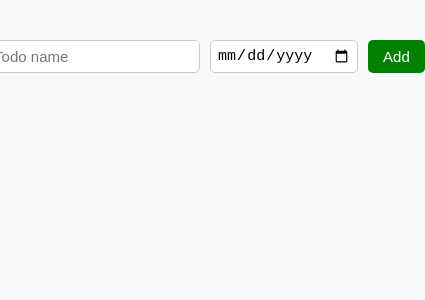
Repository: hawamubarakk/To-Do-list-
Page: 11-to-do-list.html
These files come from the project's save history. The page is drawn as it stood at one moment and after the next save; the edit follows.
The browser window is 375 px wide. The page is 425 px wide, then 375 px, so the pictures cover 425 px, including what lies to the right of the window. The pictures show the whole page.

Above is the page before, as saved 2025-08-17 15:26:47.

### 11-to-do-list.html
<!DOCTYPE html>
<html lang="en">
<head>
  <meta charset="UTF-8">
  <meta name="viewport" content="width=device-width, initial-scale=1.0">
  <title>To-Do List App</title>
  <link rel="stylesheet" href="11-to-do-list.css">
</head>
<body>
  <h1>To-Do List</h1>

  <!-- Input Section -->
  <div class="todo-input-grid">
    <input type="text" placeholder="Todo name" class="js-name-input name-input">
    <input type="date" class="js-due-date-input due-date-input">
    <button onclick="addTodo()" class="add-todo-button">Add</button>
  </div>

  <!-- Todo List Section -->
  <div class="todo-grid js-todo-list"></div>

  <script src="11-to-do-list.js"></script>
</body>
</html>

### 11-to-do-list.css
body {
  font-family: Arial, sans-serif;
  background: #f8f9fa;
  margin: 40px;
  justify-content: center;
  align-items: flex-start;
  display: flex;
}

h1 {
  text-align: center;
  margin-bottom: 20px;
  color: #333;
}

.todo-grid,
.todo-input-grid {
  display: grid;
  grid-template-columns: 1fr 1fr auto;
  gap: 10px;
}


.name-input,
.due-date-input {
  font-size: 15px;
  padding: 6px;
  border: 1px solid #ccc;
  border-radius: 5px;
}

.add-todo-button {
  background-color: green;
  color: white;
  border: none;
  font-size: 15px;
  cursor: pointer;
  border-radius: 5px;
  padding: 8px 15px;
}

.add-todo-button:hover {
  background-color: darkgreen;
}

.delete-todo-button {
  background-color: darkred;
  color: white;
  border: none;
  font-size: 15px;
  cursor: pointer;
  border-radius: 5px;
  padding: 8px 15px;
}

.delete-todo-button:hover {
  background-color: crimson;
}

.todo-row {
  display: contents;
}

.completed {
  text-decoration: line-through;
  color: gray;
}

.todo-container {
  background: white;
  padding: 20px;
  border-radius: 10px;
  box-shadow: 0 4px 8px rgba(0,0,0,0.1);
  width: 400px;
}

### 11-to-do-list.js
const todoList = [];

function renderTodoList() {
  let todoListHTML = '';

  for (let i = 0; i < todoList.length; i++) {
    const todoObject = todoList[i];
    const { name, dueDate } = todoObject;

    const html = `
      <div class="todo-row">
        <div>${name}</div>
        <div>${dueDate || "-"}</div>
        <button onclick="
          todoList.splice(${i}, 1);
          renderTodoList();
        " class="delete-todo-button">Delete</button>
      </div>
    `;
    todoListHTML += html;
  }

  document.querySelector('.js-todo-list').innerHTML = todoListHTML;
}

function addTodo() {
  const inputElement = document.querySelector('.js-name-input');
  const name = inputElement.value.trim();

  const dateInputElement = document.querySelector('.js-due-date-input');
  const dueDate = dateInputElement.value;

  if (!name) {
    alert("Please enter a task");
    return;
  }

  todoList.push({ name, dueDate });

  inputElement.value = '';
  dateInputElement.value = '';

  renderTodoList();
}

After the next save:
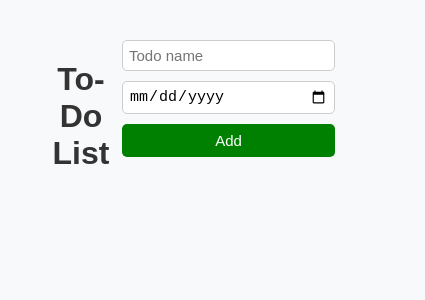
Saved 25 s later.
--- a/11-to-do-list.css
+++ b/11-to-do-list.css
@@ -73,3 +73,14 @@ h1 {
   box-shadow: 0 4px 8px rgba(0,0,0,0.1);
   width: 400px;
 }
+
+@media (max-width: 500px) {
+  .todo-grid,
+  .todo-input-grid {
+    grid-template-columns: 1fr;
+  }
+  .add-todo-button,
+  .delete-todo-button {
+    width: 100%;
+  }
+}
